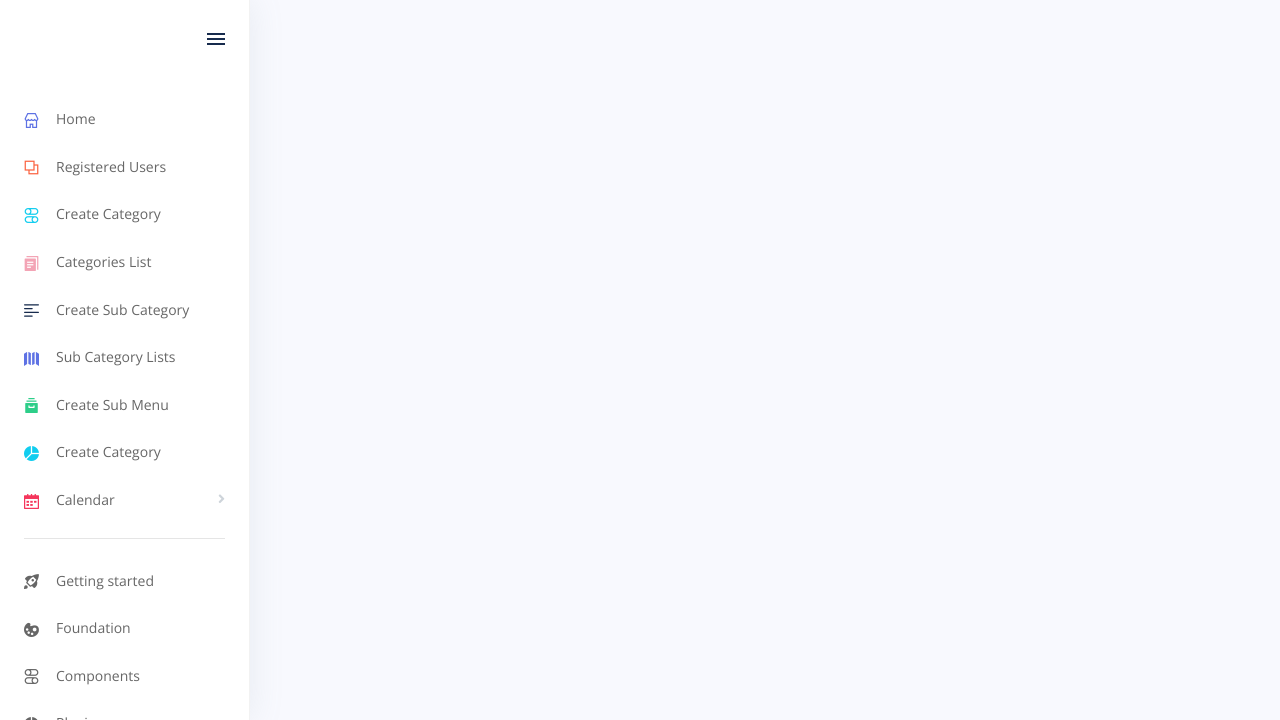
Repository: shivaylamba/caadvotescs
Page: resources/views/admin/layouts/header.blade.php
An editor plug-in stored every save of this project. The page is shown before and after the next save, followed by the edit.
The browser window is 1280 px wide. The pictures show the whole page.
The page is served by the project's Laravel application, run on PHP 8.4 with Laravel 8. The template is opened directly, without the code that normally fills it, so the values that code supplies are empty.

Above is the page before, as saved 2020-01-10 01:32:39.

After the next save:
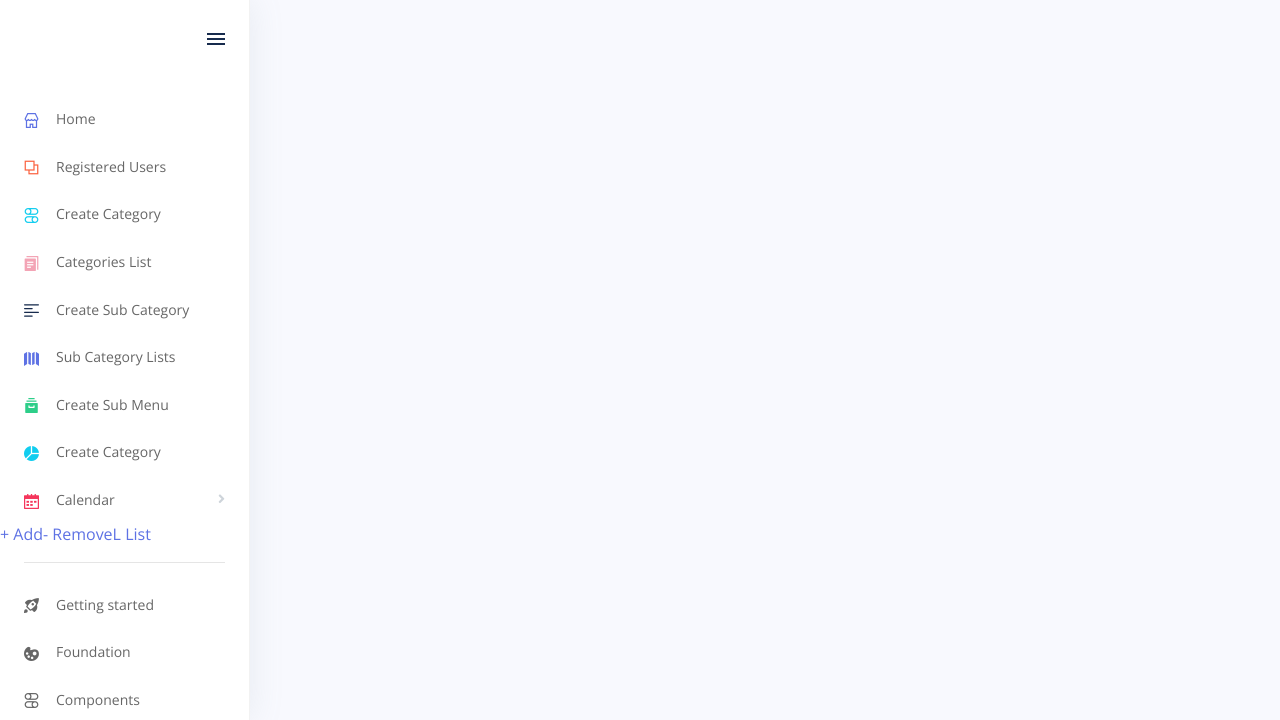
Saved 4 s later.
--- a/resources/views/admin/layouts/header.blade.php
+++ b/resources/views/admin/layouts/header.blade.php
@@ -118,7 +118,7 @@
                 <i class="ni ni-calendar-grid-58 text-red"></i>
                 <span class="nav-link-text">Calendar</span>
               </a>
-              <div class="collapse" id="MentorPage">
+              <div class="collapse show" id="MentorPage">
                 <ul class="nav">
                   <li>
                     <a href="../examples/pages/pricing.html">
